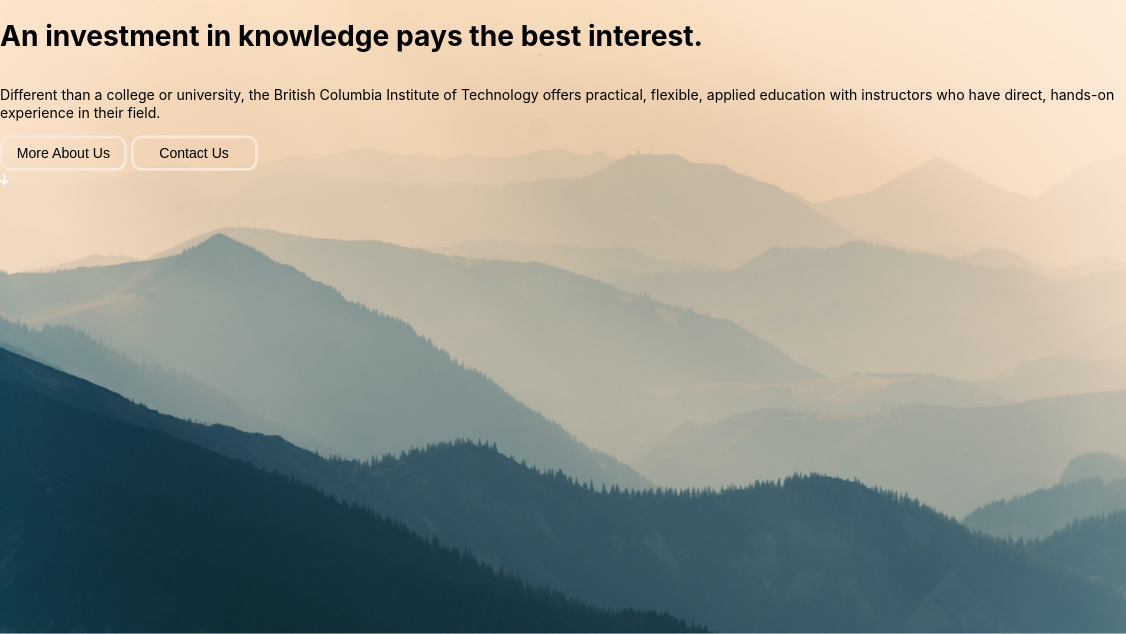
Repository: SaraShio/A01314209_Sara_Shiojima
Page: /
These files come from the project's save history. The page is drawn as it stood at one moment and after a run of saves; the edit follows.
The browser window is 1280 px wide. The pictures show the whole page, at 88% of full size.
The project was rebuilt for these pictures with package versions that can differ from the ones it lists, and the page was loaded fresh each time. The framework's server and built-in components were replaced by stand-ins that run in the browser. Also part of the build but not shown: next.config.js.

Above is the page before, as saved 2023-02-07 22:33:38.

After the next 2 saves:
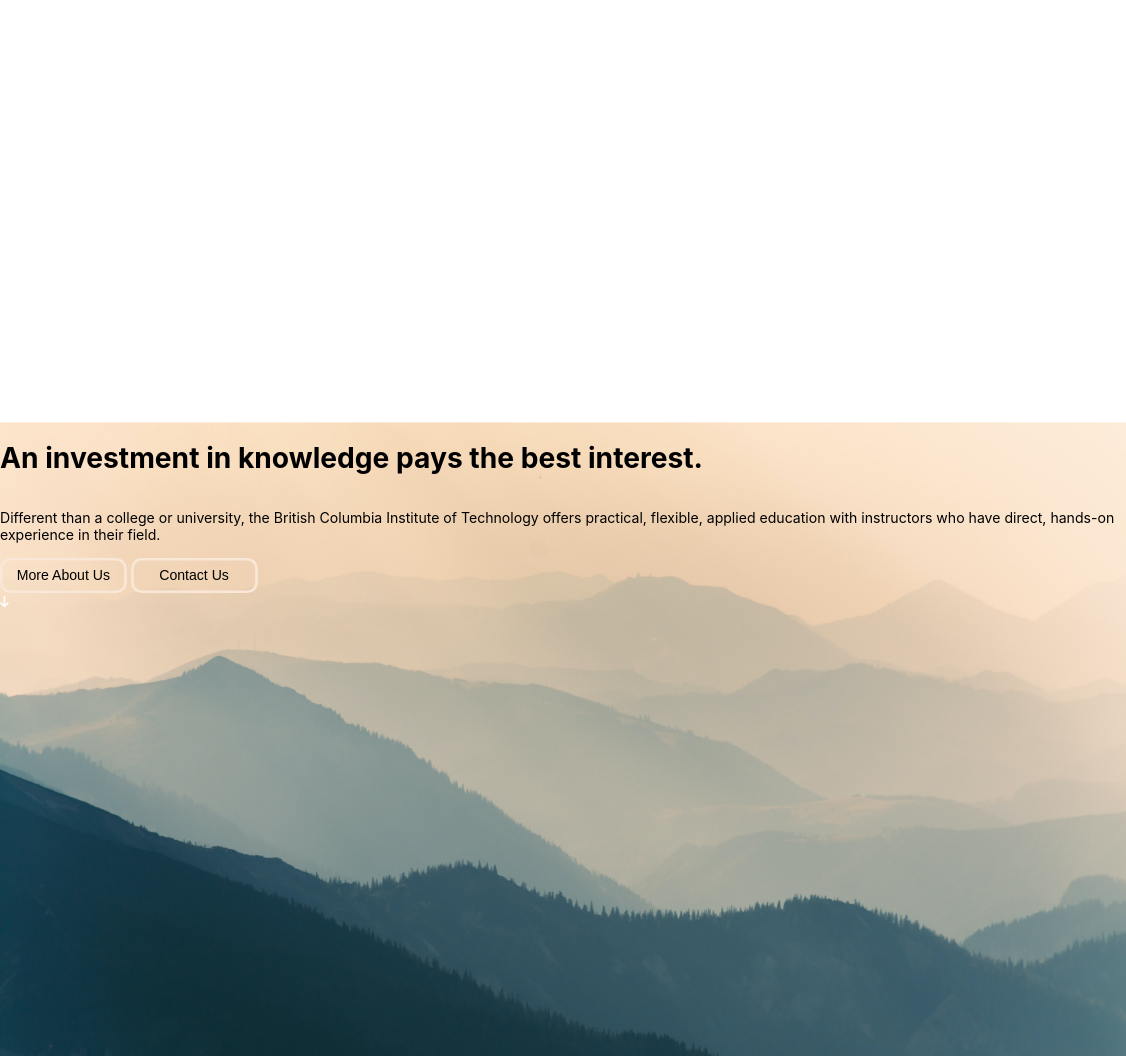
The 2 saves are shown as one change because they came seconds apart.
The last was saved 12 s later.
--- a/styles/Home.module.css
+++ b/styles/Home.module.css
@@ -15,7 +15,7 @@
     flex-direction: column;
     justify-content: center;
     align-items: left;
-
+    margin-top: 30rem;
 }
 
 .button{

After the save that followed:
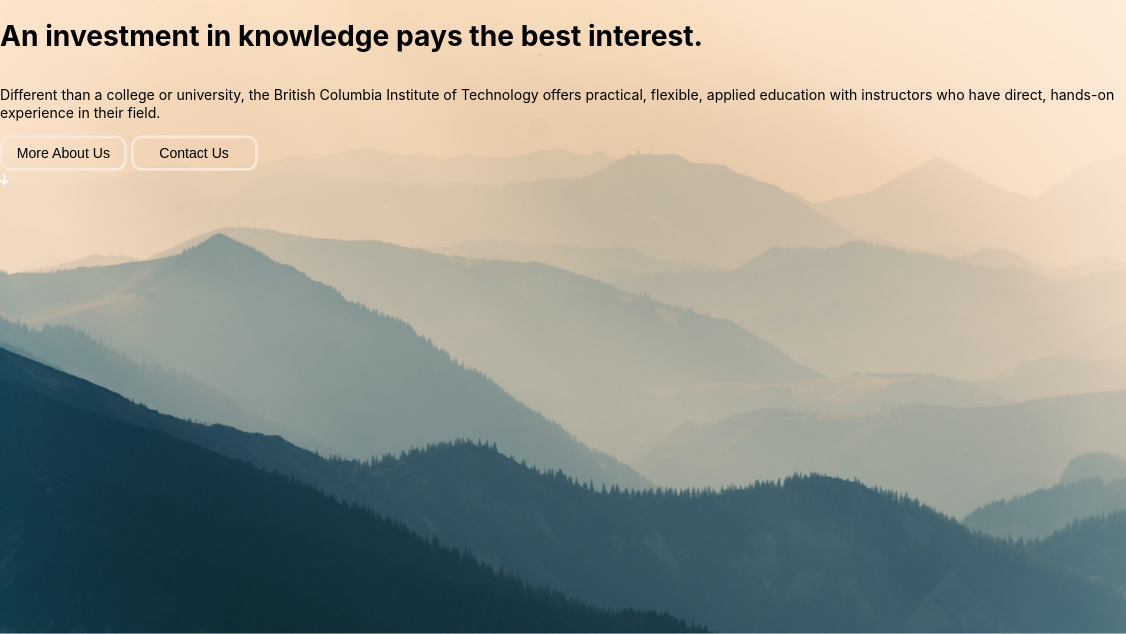
Saved 6 s later.
--- a/styles/Home.module.css
+++ b/styles/Home.module.css
@@ -15,7 +15,6 @@
     flex-direction: column;
     justify-content: center;
     align-items: left;
-    margin-top: 30rem;
 }
 
 .button{
